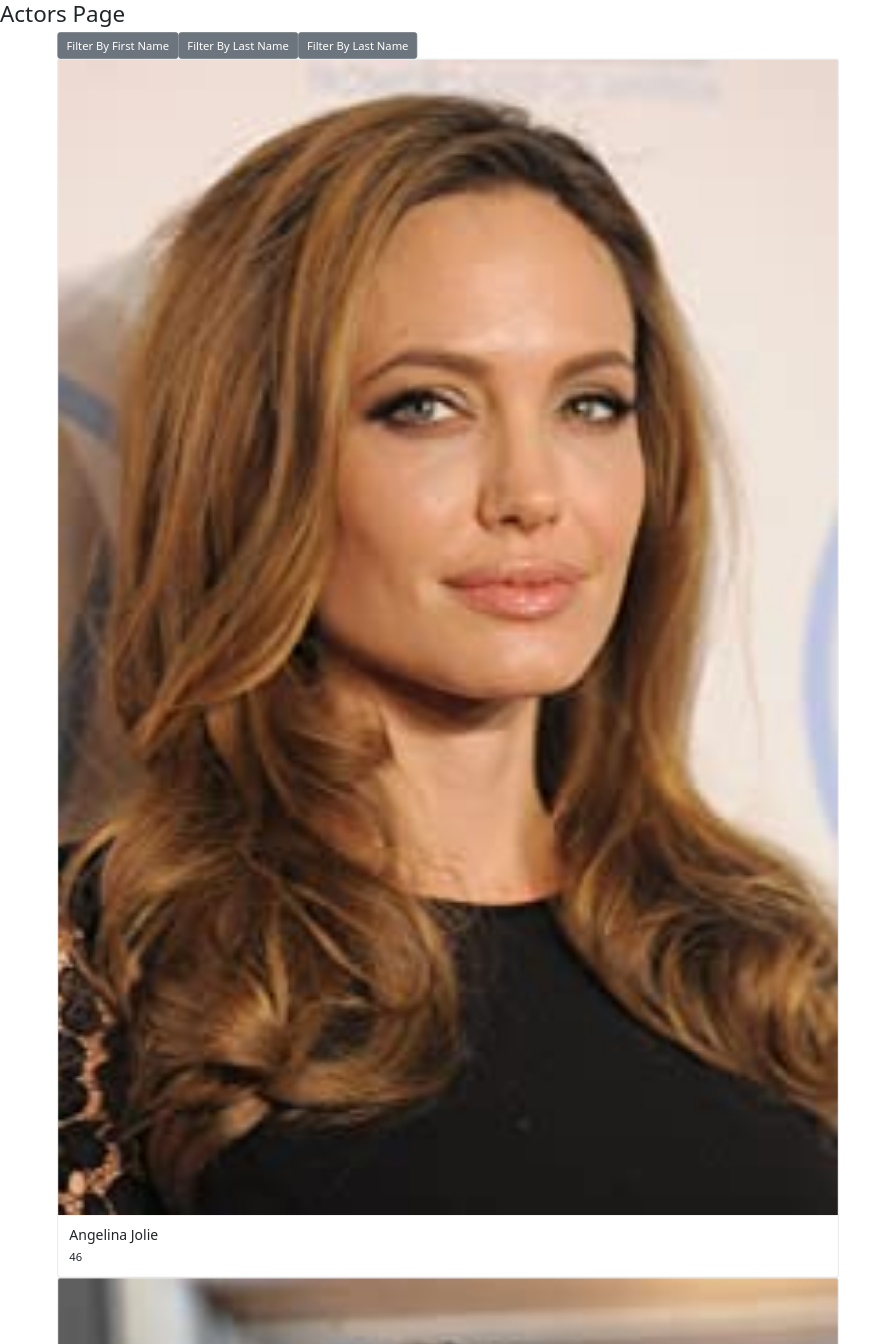
Repository: shuroo/FECourse-react-movieapp
Page: /
These files come from the project's save history. The page is drawn as it stood at one moment and after the next save; the edit follows.
The browser window is 1280 px wide. The pictures show the part of the page from y = 0 to 1920 px (the page is 7818 px tall before and 720 px after), at 70% of full size.
The project was rebuilt for these pictures with package versions that can differ from the ones it lists, and the page was loaded fresh each time. Also part of the build but not shown: src/App.css.

Above is the page before, as saved 2021-07-25 15:12:42.

### src/App.js
import logo from './logo.svg';
import './App.css';
import React, { useState } from 'react';
import 'bootstrap/dist/css/bootstrap.min.css';
import ActorsPage from './pages/ActorsPage';

function App() {
    return <ActorsPage / >
};

export default App;

### src/pages/ActorsPage.jsx
import React, { useState } from 'react';
import ActorModel from '../model/ActorModel';
//import SortComponent from "../components/SortComponent";
import ImgGallery from "../components/ImgGallery";
import 'bootstrap/dist/css/bootstrap.min.css';
import Button from 'react-bootstrap/Button';
import InputGroup from 'react-bootstrap/InputGroup';
import Row from 'react-bootstrap/Row';
import Container from 'react-bootstrap/Container';


function ActorsPage() {

    const allActors = [ new ActorModel("Angelina", "Jolie", new Date("04/06/1975"), "./angeline.jpg", "https://www.imdb.com/name/nm0001401/"),
    new ActorModel("Brad", "Pitt", new Date("04/06/1975"), "./brad_pitt.jpg", "https://www.imdb.com/name/nm0000093/"),
    new ActorModel("Mattew", "Mecconohew", new Date("04/06/1975"), "./mattehew_mecc.jpeg","https://www.imdb.com/name/nm0000190/"),
    new ActorModel("Sandra", "Bullock", new Date("04/06/1975"), "./sandra_bullock.jpg", "https://www.imdb.com/name/nm0000113/"),
    new ActorModel("Gal", "Gadot", new Date("04/06/1975"), "./gal_gadot.jpg", "https://www.imdb.com/name/nm0000113/")];

    const [actors, setActors] = useState(
        allActors
        )


    // firstName, lastName, birthday, image, imdbLink

    const [filterText, setFilterText] = useState("")
    const [sortCriteria, setSortCriteria] = useState("")

    function filterTextByEvent(e){
        let text = e.target.value;
        setFilterText(text);
        if(text === ""){
            setActors(allActors);
        }
    }
    function filterByFirstName(){
        let actorsFiltered = [...actors].filter(a=>a.firstName.startsWith(filterText));
        setActors(actorsFiltered);
    }

    function filterByLastName(){
         setActors(actors.filter(a=>a.lastName.startsWith(filterText)));
    }



    return (
        <div >
            <h2>Actors Page</h2>
            <Container>
            <InputGroup  type="text" value={filterText} onChange={(e)=>filterTextByEvent(e)}   placeholder="Filter Actors!"></InputGroup>
            <Button variant="secondary" onClick={filterByFirstName}>Filter By First Name</Button>
            <Button variant="secondary" onClick={filterByLastName}>Filter By Last Name</Button>
            <Button variant="secondary"  onClick={filterByLastName}>Filter By Last Name</Button>
            <Row> <ImgGallery actors={actors}/> </Row>
            </Container>

        </div>
    );
}

export default ActorsPage;

### src/model/ActorModel.jsx
class ActorModel{

    constructor(firstName, lastName, birthday, image, imdbLink){

        this.firstName = firstName;
        this.lastName = lastName;
        this.birthday = birthday;
        this.image = image;
        this.imdbLink = imdbLink;
        this.age = this.age.bind(this);
    }

    age(){
        var thisyear = new Date().getFullYear();
        var birthyear = this.birthday.getFullYear();
        return (thisyear - birthyear);
    }
}

export default ActorModel;

### src/components/ImgGallery.jsx
import React from "react";
import './CardComponent.css';
import CardComponent from "../components/CardComponent";

function ImgGallery({actors}){

    let actorsHtml = actors.map(act=><CardComponent key={act.firstName+"1"} actor={act}/>)


return(
<div>{actorsHtml}</div>

)

}

export default ImgGallery;

### src/components/CardComponent.jsx
import React from "react";
import './CardComponent.css';
import Card from 'react-bootstrap/Card'

function CardComponent({actor}) {

	return (

<Card>
<Card.Img variant="top" src={actor.image} alt={actor.firstName+" "+actor.lastName} />
<Card.Body>
  <Card.Title>{actor.firstName} {actor.lastName}</Card.Title>
  <Card.Text>
  {actor.age()}
    </Card.Text>

</Card.Body>
</Card>
	)
}

export default CardComponent;

### src/components/CardComponent.css
.actorImg {
    border-radius: 25%;
    object-fit: cover;
    height: 150px;
}

.col {
    display: flex;
    justify-content: space-around;
    align-items: flex-start;
    flex-basis: 15%;
}

.gallery {
    display: flex;
    align-items: stretch;
}

Loaded but not shown: public/index.html (common file); src/index.js (common file); src/index.css (common file); src/reportWebVitals.js (common file)

After the next save:
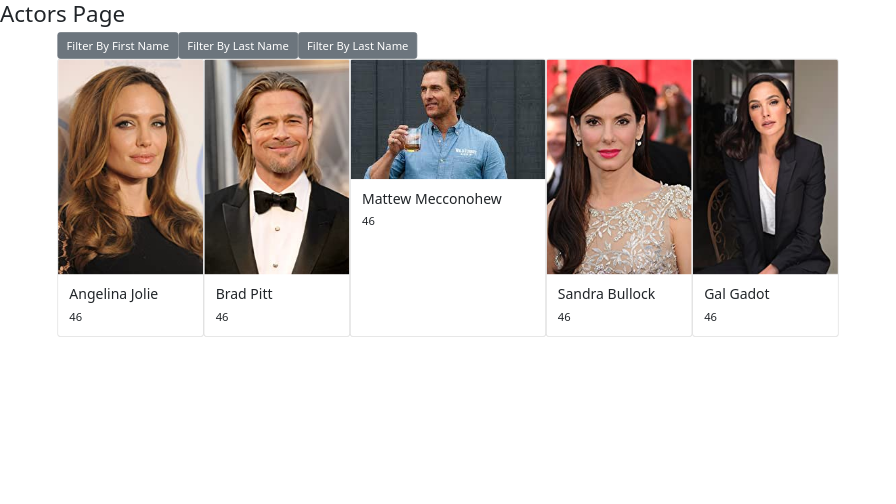
Saved 20 s later.
--- a/src/components/ImgGallery.jsx
+++ b/src/components/ImgGallery.jsx
@@ -8,7 +8,7 @@ function ImgGallery({actors}){
 
 
 return(
-<div>{actorsHtml}</div>
+<div className="gallery">{actorsHtml}</div>
 
 )
 
